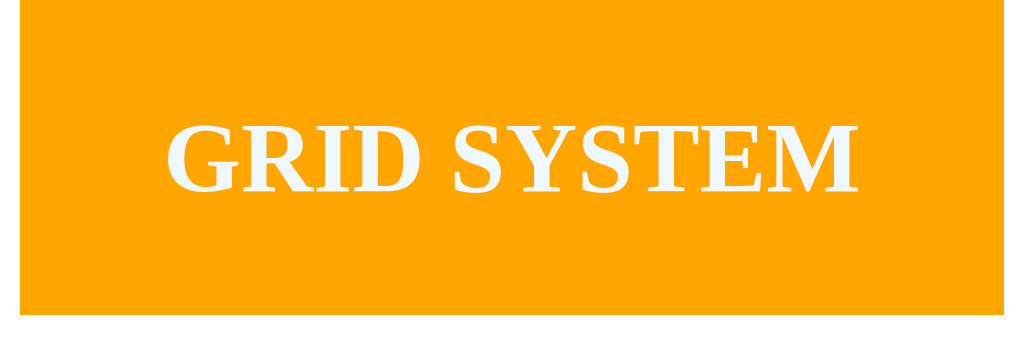
Repository: Nguyenquangduy22/Reponsive
Page: index.html
An editor plug-in stored every save of this project. The page is shown before and after the next save, followed by the edit.
The browser window is 1024 px wide. The pictures show the whole page.

Above is the page before, as saved 2022-07-24 16:46:44.

After the next save:
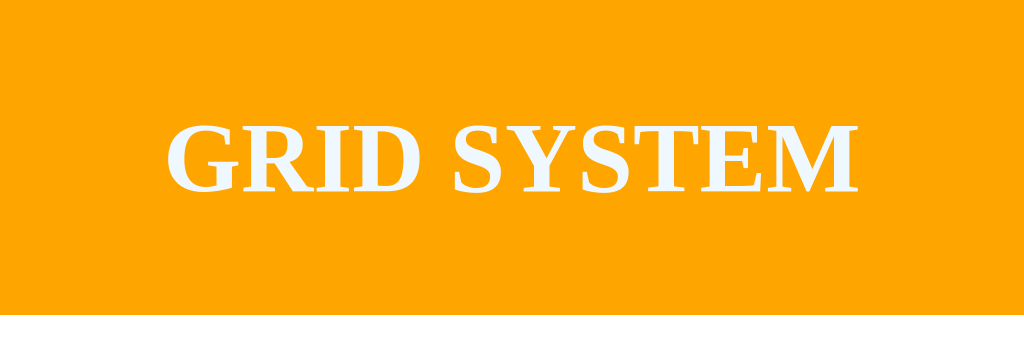
Saved 71 min 20 s later.
--- a/style.css
+++ b/style.css
@@ -18,7 +18,7 @@
 /* PC low resolution */
 @media (min-width:1024px) and (max-width:1239px){
     .wide{
-        width: 984px;
+        width: 984 px;
     }
 
 }
